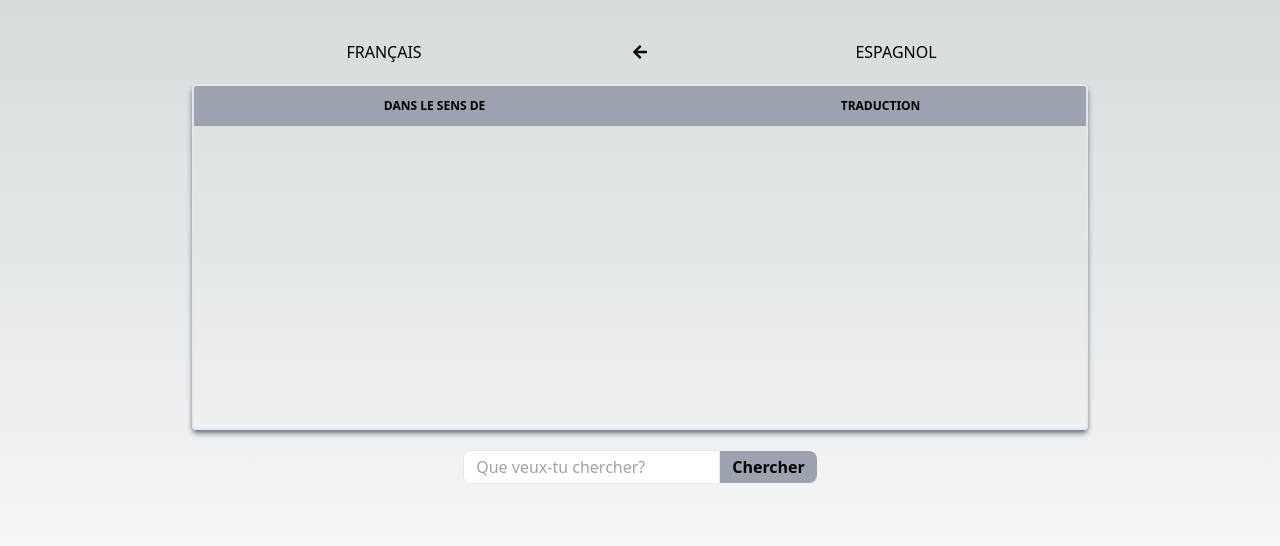
Repository: All-Khwarizmi/Dico
Page: /
These files come from the project's save history. The page is drawn as it stood at one moment and after the next save; the edit follows.
The browser window is 1280 px wide. The pictures show the whole page.
The project was rebuilt for these pictures with package versions that can differ from the ones it lists, and the page was loaded fresh each time. The framework's server and built-in components were replaced by stand-ins that run in the browser. Also part of the build but not shown: next.config.js, vite.config.ts.

Above is the page before, as saved 2023-02-17 18:52:36.

After the next save:
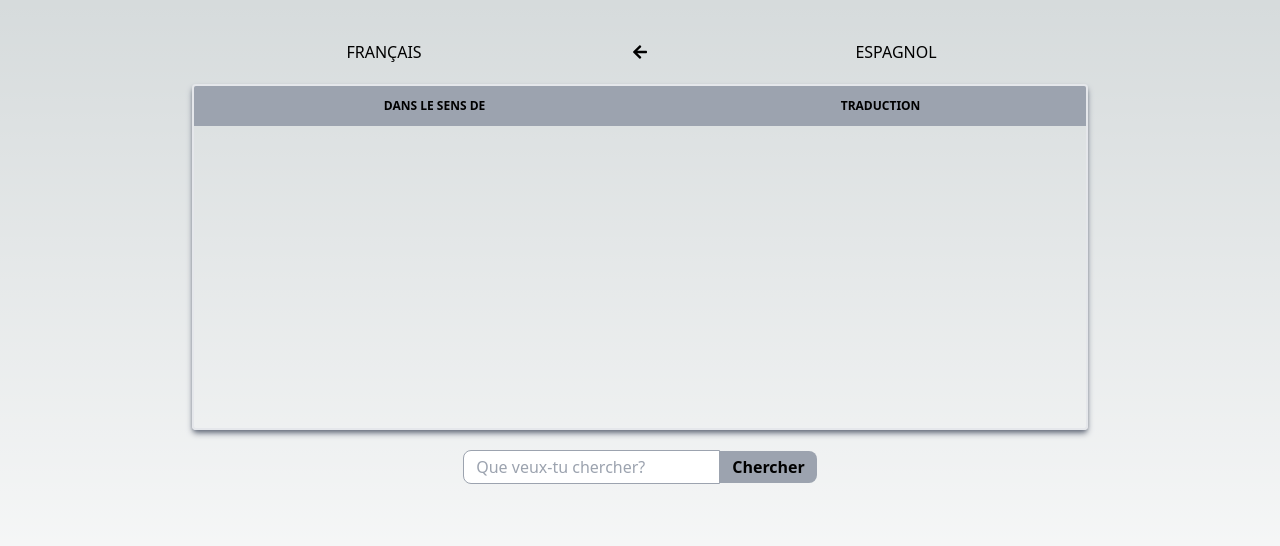
Saved 5 s later.
--- a/src/app/page.tsx
+++ b/src/app/page.tsx
@@ -156,7 +156,7 @@ export default function Home() {
               onChange={(event) => inputWord(event)}
               value={word}
               placeholder='Que veux-tu chercher?'
-              className='rounded-lg border  dark:text-white border-1 dark:bg-gray-700 rounded-r-none px-3 py-1'
+              className='rounded-lg border border-gray-400 dark:text-white border-1 dark:bg-gray-700 rounded-r-none px-3 py-1'
               type='text'
               name='word'
               id='word'
